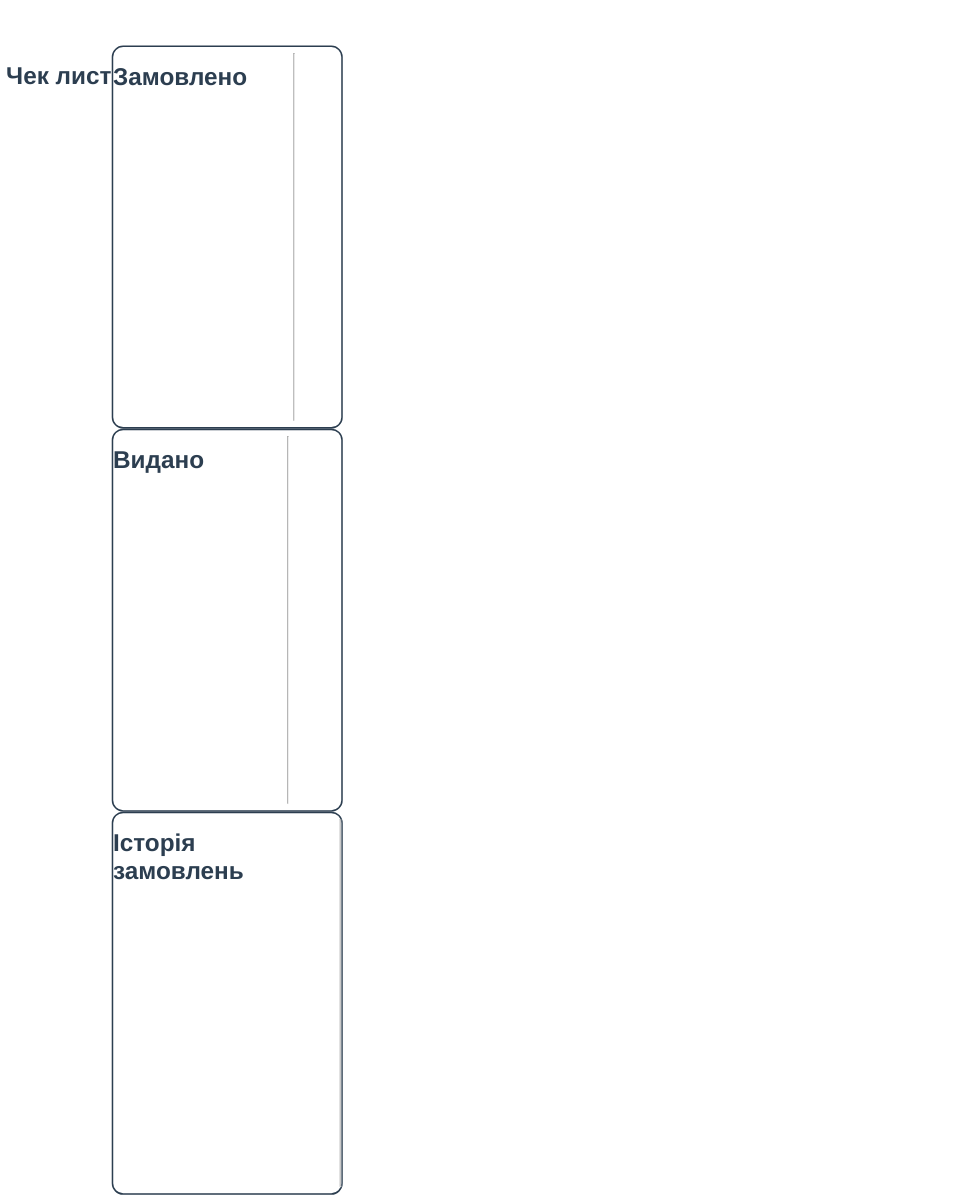
Repository: Salexandraa/HOME_Subotina
Page: / (app in order-list/)
These files come from the project's save history. The page is drawn as it stood at one moment and after the next save; the edit follows.
The browser window is 1280 px wide. The pictures show the whole page, at 76% of full size.
The project was rebuilt for these pictures with package versions that can differ from the ones it lists, and the page was loaded fresh each time.

Above is the page before, as saved 2020-10-09 17:00:54.

After the next save:
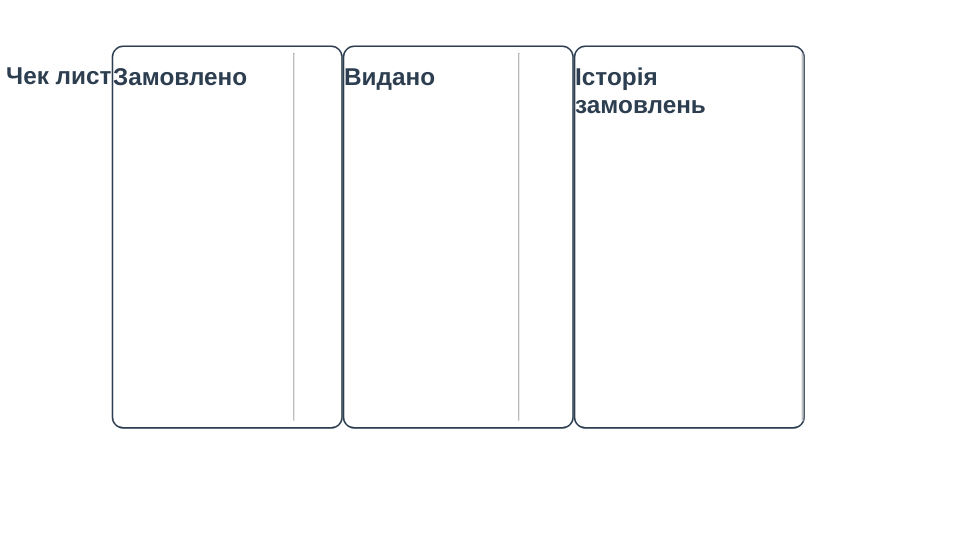
Saved 16 s later.
--- a/order-list/src/components/CheckList/index.vue
+++ b/order-list/src/components/CheckList/index.vue
@@ -39,8 +39,8 @@ import History from "./History"
 
 <style lang="css" scoped>
 .container{
-    display: flex;
-    flex-direction: row;
+    display: inline flex;
+
 
 }
 </style>
